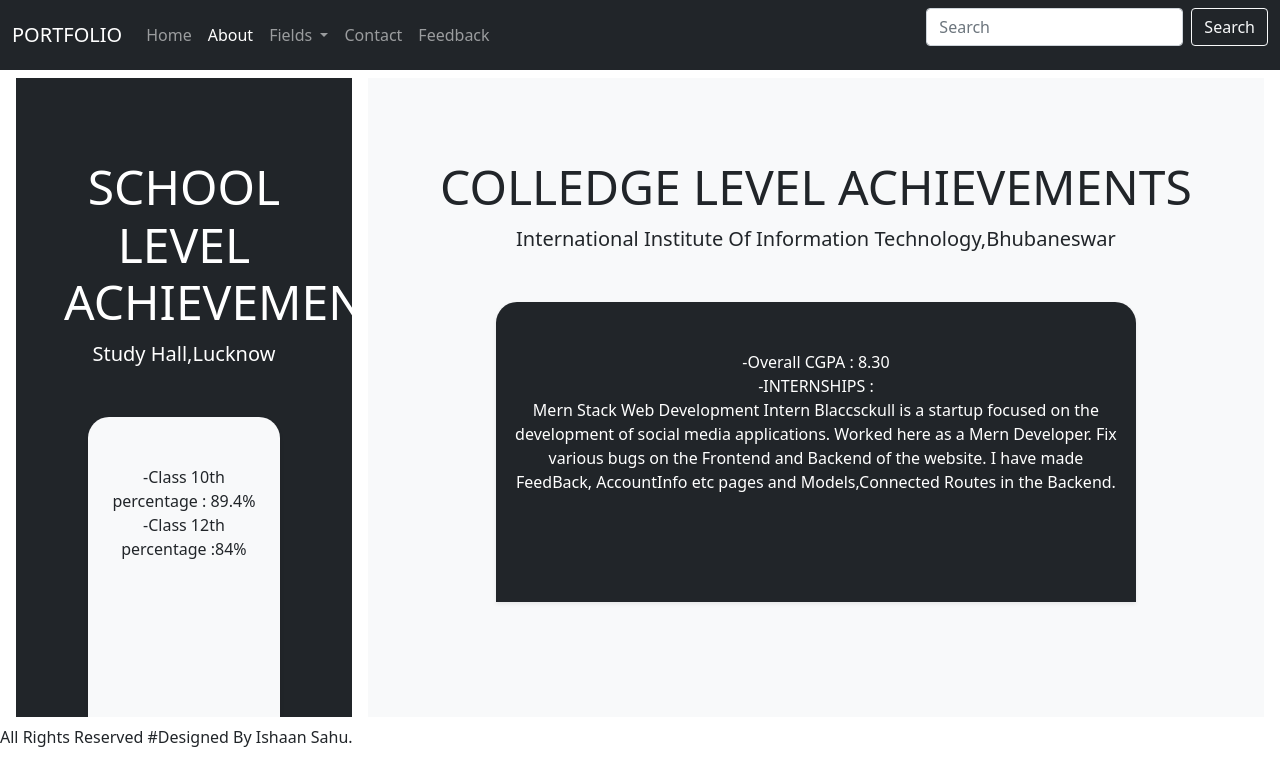
Repository: ishaan51551/Ishaan-s-Portfolio-
Page: about.html
These files come from the project's save history. The page is drawn as it stood at one moment and after the next save; the edit follows.
The browser window is 1280 px wide. The pictures show the whole page.

Above is the page before, as saved 2023-09-13 01:50:25.

### about.html
</body>
</html>

<!doctype html>
<html lang="en">
  <head>
    <!-- Required meta tags -->
    <meta charset="utf-8">
    <meta name="viewport" content="width=device-width, initial-scale=1">

    <!-- Bootstrap CSS -->
    <link href="https://cdn.jsdelivr.net/npm/bootstrap@5.1.1/dist/css/bootstrap.min.css" rel="stylesheet" integrity="sha384-F3w7mX95PdgyTmZZMECAngseQB83DfGTowi0iMjiWaeVhAn4FJkqJByhZMI3AhiU" crossorigin="anonymous">

    <title>Ishaan Sahu Portfolio</title>
  </head>
  <body>


    <!-- NAVBAR -->
<nav class="navbar navbar-expand-lg navbar-dark bg-dark">
    <div class="container-fluid">
      <a class="navbar-brand" href="#">PORTFOLIO </a>
      <button class="navbar-toggler" type="button" data-bs-toggle="collapse" data-bs-target="#navbarSupportedContent" aria-controls="navbarSupportedContent" aria-expanded="false" aria-label="Toggle navigation">
        <span class="navbar-toggler-icon"></span>
      </button>
      <div class="collapse navbar-collapse" id="navbarSupportedContent">
        <ul class="navbar-nav me-auto mb-2 mb-lg-0">
          <li class="nav-item">
            <a class="nav-link " aria-current="page" href="index.html">Home</a>
          </li>
          <li class="nav-item">
            <a class="nav-link active" href="/about.html">About</a>
          </li>
          <li class="nav-item dropdown">
            <a class="nav-link dropdown-toggle" href="#" id="navbarDropdown" role="button" data-bs-toggle="dropdown" aria-expanded="false">
              Fields
            </a>
            <ul class="dropdown-menu" aria-labelledby="navbarDropdown">
              <li><a class="dropdown-item" href="programming.html">Programming</a></li>
              <li><a class="dropdown-item" href="webdev.html">Web Devlopment</a></li>
              <li><hr class="dropdown-divider"></li>
              <li><a class="dropdown-item" href="extracurricular.html">Extra Curricular</a></li>
            </ul>
          </li>
          <li class="nav-item">
            <a class="nav-link " aria-current="page" href="contact.html">Contact</a>
          </li>

          <li class="nav-item">
              <a class="nav-link"href="feedback.html">Feedback</a>

          </li>

        </ul>
        <form class="d-flex">
          <input class="form-control me-2" type="search" placeholder="Search" aria-label="Search">
          <button class="btn btn-outline-light" type="submit">Search</button>

        </form>
      </div>
    </div>
  </nav>

<!-- Optional JavaScript; choose one of the two! -->

<!-- Option 1: Bootstrap Bundle with Popper -->
<script src="https://cdn.jsdelivr.net/npm/bootstrap@5.1.1/dist/js/bootstrap.bundle.min.js" integrity="sha384-/bQdsTh/da6pkI1MST/rWKFNjaCP5gBSY4sEBT38Q/9RBh9AH40zEOg7Hlq2THRZ" crossorigin="anonymous"></script>



<!-- boxes -->
<div class="d-md-flex flex-md-equal w-100my-md-3 ps-md-3 my-2 justify-content-center align item center">
    <div class="bg-dark me-md-3 pt-3 px-3 pt-md-5 px-md-5 text-center text-white overflow-hidden">
      <div class="my-3 py-3 ">
        <h2 class="display-5">SCHOOL LEVEL ACHIEVEMENTS</h2>
        <p class="lead">Study Hall,Lucknow</p>
      </div>
      <div class="bg-light shadow-sm mx-auto" style="width: 80%; height: 300px; border-radius: 21px 21px 0 0;">
        <p class="dance text-dark overfow-hidden text-center px-3 py-5">-Class 10th percentage : 89.4%</br>
    -Class 12th percentage :84%</br>
    </p>

    </div>
    </div>
    <div class="bg-light me-md-3 pt-3 px-3 pt-md-5 px-md-5 text-center overflow-hidden">
      <div class="my-3 p-3">
        <h2 class="display-5">COLLEDGE LEVEL ACHIEVEMENTS</h2>
        <p class="lead">International Institute Of Information Technology,Bhubaneswar</p>
      </div>
      <div class="bg-dark shadow-sm mx-auto" style="width: 80%; height: 300px; border-radius: 21px 21px 0 0;">
      <p class="swing text-white overfow-hidden text-center px-3 py-5">
        -Overall CGPA : 8.30</br>
        -INTERNSHIPS :</br>
         Mern Stack Web Development Intern

        Blaccsckull is a startup focused on the development of social media applications. Worked here as a Mern Developer.
        Fix various bugs on the Frontend and Backend of the website.
        I have made FeedBack, AccountInfo etc pages and Models,Connected Routes in the Backend.
    </p>
    </div>
     </div>
  </div>

    <!-- FOOTER  -->
  <footer class="blog-footer">
    <p>All Rights Reserved #Designed By Ishaan Sahu.</p>
    <p>

    </p>
  </footer>
  </body>
  </html>

After the next save:
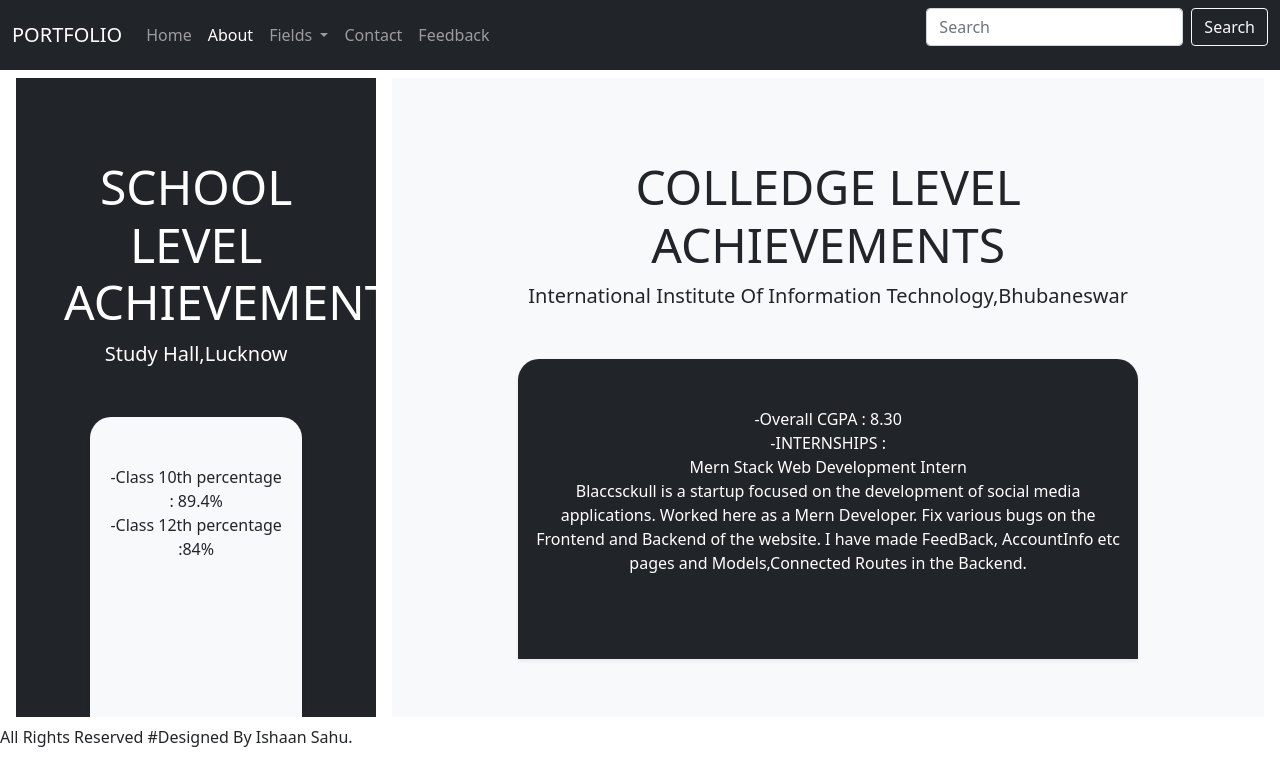
Saved 14 s later.
--- a/about.html
+++ b/about.html
@@ -91,7 +91,7 @@
       <p class="swing text-white overfow-hidden text-center px-3 py-5">
         -Overall CGPA : 8.30</br>
         -INTERNSHIPS :</br>
-         Mern Stack Web Development Intern
+         Mern Stack Web Development Intern<br>
 
         Blaccsckull is a startup focused on the development of social media applications. Worked here as a Mern Developer.
         Fix various bugs on the Frontend and Backend of the website.
